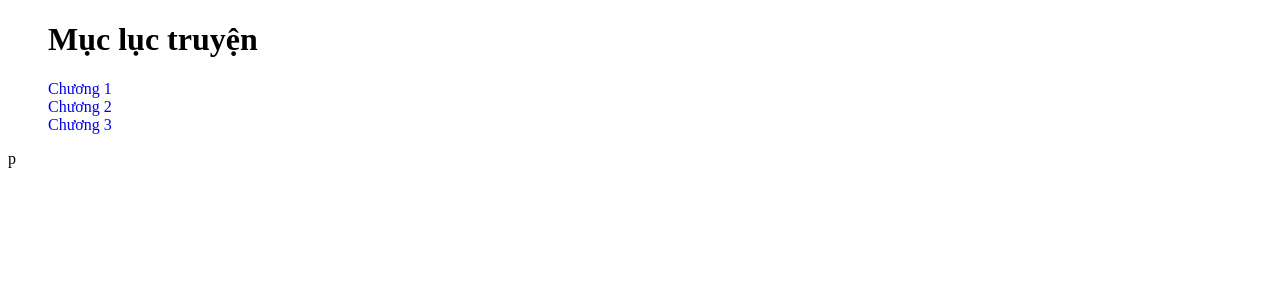
Repository: congle98/CSS_MucLucTruyen
Page: index.html
An editor plug-in stored every save of this project. The page is shown before and after a run of saves, followed by the edit.
The browser window is 1280 px wide. The pictures show the whole page.

Above is the page before, as saved 2021-05-26 12:09:40.

After the next 6 saves:
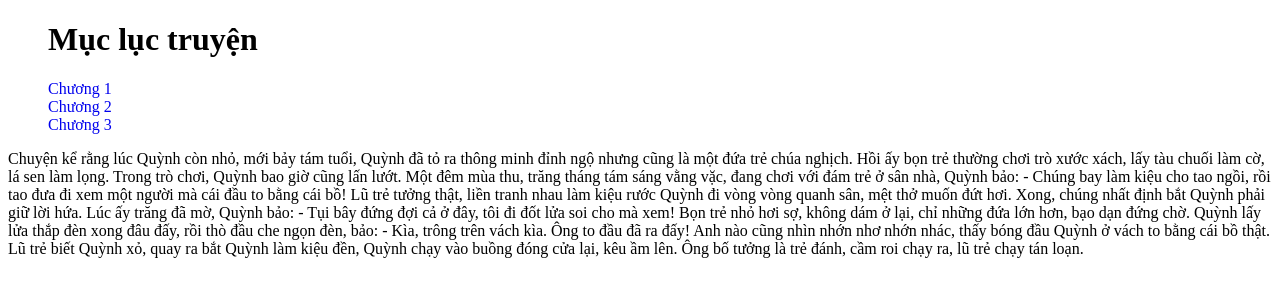
The 6 saves are shown as one change because they came seconds apart.
The last was saved 14 s later.
--- a/index.html
+++ b/index.html
@@ -18,7 +18,21 @@
         </ul>
     </div>
     <div>
-        p
+        <p>Chuyện kể rằng lúc Quỳnh còn nhỏ, mới bảy tám tuổi, Quỳnh đã tỏ ra thông minh đỉnh ngộ nhưng cũng là một đứa trẻ chúa nghịch. Hồi ấy bọn trẻ thường chơi trò xước xách, lấy tàu chuối làm cờ, lá sen làm lọng. Trong trò chơi, Quỳnh bao giờ cũng lấn lướt.
+
+            Một đêm mùa thu, trăng tháng tám sáng vằng vặc, đang chơi với đám trẻ ở sân nhà, Quỳnh bảo:
+
+            - Chúng bay làm kiệu cho tao ngồi, rồi tao đưa đi xem một người mà cái đầu to bằng cái bồ!
+
+            Lũ trẻ tưởng thật, liền tranh nhau làm kiệu rước Quỳnh đi vòng vòng quanh sân, mệt thở muốn đứt hơi. Xong, chúng nhất định bắt Quỳnh phải giữ lời hứa. Lúc ấy trăng đã mờ, Quỳnh bảo:
+
+            - Tụi bây đứng đợi cả ở đây, tôi đi đốt lửa soi cho mà xem!
+
+            Bọn trẻ nhỏ hơi sợ, không dám ở lại, chỉ những đứa lớn hơn, bạo dạn đứng chờ. Quỳnh lấy lửa thắp đèn xong đâu đấy, rồi thò đầu che ngọn đèn, bảo:
+
+            - Kìa, trông trên vách kìa. Ông to đầu đã ra đấy!
+
+            Anh nào cũng nhìn nhớn nhơ nhớn nhác, thấy bóng đầu Quỳnh ở vách to bằng cái bồ thật. Lũ trẻ biết Quỳnh xỏ, quay ra bắt Quỳnh làm kiệu đền, Quỳnh chạy vào buồng đóng cửa lại, kêu ầm lên. Ông bố tưởng là trẻ đánh, cầm roi chạy ra, lũ trẻ chạy tán loạn.</p>
     </div>
 </body>
 </html>
